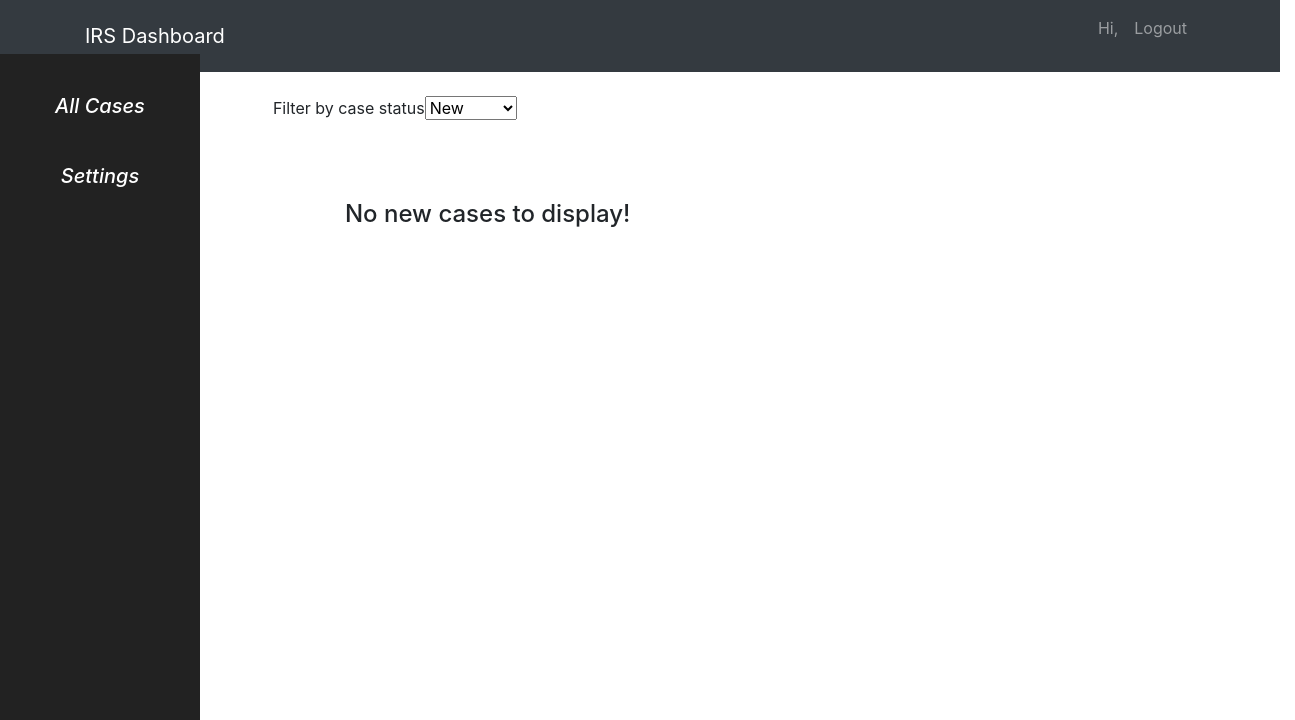
Repository: greeshmavyas/IRS_CS
Page: /AgentDashboard (app in AgentManagement/Frontend/)
An editor plug-in stored every save of this project. The page is shown before and after the next save, followed by the edit.
The browser window is 1280 px wide. The page is 1295 px wide, so the pictures cover 1295 px, including what lies to the right of the window. The pictures show the whole page.
The page's requests for data from a server got no answer. Some web libraries are served in a nearby version. The project was rebuilt for these pictures with package versions that can differ from the ones it lists, and the page was loaded fresh each time. No one was signed in, and anything a server would have sent is missing. Also part of the build but not shown: AgentManagement/Frontend/src/components/NavbarLogin.js, AgentManagement/Frontend/src/components/login.js, AgentManagement/Frontend/src/components/Settings.js, AgentManagement/frontend/src/App.css.

Above is the page before, as saved 2020-10-27 01:54:58.

### AgentManagement/frontend/public/index.html
<!DOCTYPE html>
<html lang="en">
  <head>
    <meta charset="utf-8" />
    <link rel="icon" href="%PUBLIC_URL%/favicon.ico" />
    <meta name="viewport" content="width=device-width, initial-scale=1" />
    <meta name="theme-color" content="#000000" />
    <meta
      name="description"
      content="Web site created using create-react-app"
    />
    <link rel="apple-touch-icon" href="%PUBLIC_URL%/logo192.png" />
    <!--
      manifest.json provides metadata used when your web app is installed on a
      user's mobile device or desktop. See https://developers.google.com/web/fundamentals/web-app-manifest/
    -->
    <link rel="manifest" href="%PUBLIC_URL%/manifest.json" />
    <link rel="stylesheet" href="https://stackpath.bootstrapcdn.com/bootstrap/4.4.1/css/bootstrap.min.css"
      integrity="sha384-Vkoo8x4CGsO3+Hhxv8T/Q5PaXtkKtu6ug5TOeNV6gBiFeWPGFN9MuhOf23Q9Ifjh" crossorigin="anonymous">
    <script src="https://kit.fontawesome.com/db1fc867ad.js" crossorigin="anonymous"></script>
    <!--
      Notice the use of %PUBLIC_URL% in the tags above.
      It will be replaced with the URL of the `public` folder during the build.
      Only files inside the `public` folder can be referenced from the HTML.

      Unlike "/favicon.ico" or "favicon.ico", "%PUBLIC_URL%/favicon.ico" will
      work correctly both with client-side routing and a non-root public URL.
      Learn how to configure a non-root public URL by running `npm run build`.
    -->
    <title>React App</title>
  </head>
  <body>
    <noscript>You need to enable JavaScript to run this app.</noscript>
    <div id="root"></div>
    <script src="https://code.jquery.com/jquery-3.4.1.slim.min.js"
      integrity="sha384-J6qa4849blE2+poT4WnyKhv5vZF5SrPo0iEjwBvKU7imGFAV0wwj1yYfoRSJoZ+n" crossorigin="anonymous"></script>
    <script src="https://cdn.jsdelivr.net/npm/popper.js@1.16.0/dist/umd/popper.min.js"
      integrity="sha384-Q6E9RHvbIyZFJoft+2mJbHaEWldlvI9IOYy5n3zV9zzTtmI3UksdQRVvoxMfooAo" crossorigin="anonymous"></script>
    <script src="https://stackpath.bootstrapcdn.com/bootstrap/4.4.1/js/bootstrap.min.js"
      integrity="sha384-wfSDF2E50Y2D1uUdj0O3uMBJnjuUD4Ih7YwaYd1iqfktj0Uod8GCExl3Og8ifwB6" crossorigin="anonymous"></script>
    <!--
      This HTML file is a template.
      If you open it directly in the browser, you will see an empty page.

      You can add webfonts, meta tags, or analytics to this file.
      The build step will place the bundled scripts into the <body> tag.

      To begin the development, run `npm start` or `yarn start`.
      To create a production bundle, use `npm run build` or `yarn build`.
    -->
  </body>
</html>

### AgentManagement/Frontend/src/App.js
import React from 'react';
import { BrowserRouter } from 'react-router-dom';
import Main from "./Main"
import './App.css';

function App() {
  return (
    <div>
      <BrowserRouter>
        <Main />
      </BrowserRouter>
    </div>
  );
}

export default App;

### AgentManagement/Frontend/src/Main.js
import React, { Component } from 'react';
import { Route } from 'react-router-dom';
import login from './components/login';
import Dashboard from './components/Dashboard';
import Settings from './components/Settings';

 class Main extends Component {
    render() {
        return (
          <div>
            <Route exact path="/" component={login} />
            <Route exact path="/AgentDashboard" component={Dashboard} />
            <Route exact path="/settings" component={Settings} />
          </div>
        );
    }
}

export default Main;

### AgentManagement/Frontend/src/components/Dashboard.js
import React, { Component } from 'react';
import axios from "axios";
import NavbarDash from "./NavbarDash";
import { Modal, ModalHeader, ModalBody, ModalFooter } from "reactstrap";
import Sidebar from './Sidebar'
import config from '../config/settings'
import Card from 'react-bootstrap/Card'
import Dropdown from 'react-bootstrap/Dropdown'


class Dashboard extends Component {
  constructor() {
    super();
    this.state = {
      allCases: {},
      viewcase: null,
      modal: false,
      mstatus: "open",
      flag: false
    };

  }

  showModal = () => {
    console.log("hello");
    this.setState({
      modal: !this.state.modal,
    });
  };
  showModal1 = (viewcase) => {
    console.log("hello1");
    this.setState({
      modal: !this.state.modal,
      viewcase: viewcase,
    });
  };

  handleStatusChange = (modalstatus) => {
    this.setState({
      mstatus: modalstatus
    })
  }

  async componentDidMount() {
    console.log("in get all cases frontend")

    let agentID = localStorage.getItem("agentID");
    let organisationID = localStorage.getItem("organisationID")

    axios.defaults.withCredentials = true;
    let data = {
      agentID: agentID,
      organisationID: organisationID
    };
    console.log("data is..")
    console.log(data);

    axios({
      method: 'get',
      url: 'http://' + config.hostname + ':' + config.backendPort + '/getCases',
      params: data,
    })
      .then((response) => {
        console.log("response from getCases")
        console.log(response)

        if (response.status === 200) {
          let receivedCases = response.data.cases;
          console.log("received cases")
          console.log(response.data.cases)
          if (receivedCases) {
            this.setState({ allCases: receivedCases, flag: true });
          } else {
            this.setState({ allCases: {} });
          }
        }
        else {
          this.setState({ allCases: {} });
        }

      })
      .catch(error => {
        console.log(error);
        this.setState({ allCases: {} })
      })
  }

  render() {
    const closeBtn = (
      <button className="close" onClick={() => this.showModal()}>
        &times;
       </button>
    );
    var casedetails;
    if (this.state.flag) {
      casedetails = this.state.allCases.map((ticket) => {
        return (
          <div>
            <div onClick={() => this.showModal1(ticket)} >
              <Card>
                <Card.Body>
                  <table>
                    <tbody >
                      <tr >
                        <td style={{ width: '10rem' }}> ID: {ticket.CaseID}</td>
                        <td style={{ width: '15rem' }}>Status: {ticket.Status}</td>
                        <td style={{ width: '50rem' }}>{ticket.Information} </td>
                      </tr>
                    </tbody>
                  </table>
                </Card.Body>
              </Card>
            </div>
          </div>
        );
      });
    }
    return (
      <div>
        <NavbarDash />
        <div className="row">
          <div className="col-2">
            <Sidebar />
          </div>
          <div className="container col-9">
          {this.state.allCases.length > 0 ? (
              <div className="col-10">
                {casedetails}
                {this.state.viewcase != null ? (
                  <Modal
                    isOpen={this.state.modal}
                    toggle={() => this.showModal()}
                    className="modal-popup-lg"
                    scrollable
                  >
                    <ModalHeader
                      toggle={() => this.showModal()}
                      close={closeBtn}
                    >
                      Case Details
                   </ModalHeader>
                    <ModalBody className="modal-body">
                      <div className=" row form-group">
                        <p className="font-weight col-7">
                          Information : {this.state.viewcase.Information}
                        </p>
                        <div className="col-3">
                          <button class="btn btn-success dropdown-toggle" type="button" id="dropdownMenuButton" data-toggle="dropdown" aria-haspopup="true" aria-expanded="false">
                            {this.state.mstatus}</button>
                          <div class="dropdown-menu" aria-labelledby="dropdownMenuButton">
                            <button onClick={() => this.handleStatusChange("Working")} class="dropdown-item" >Working</button>
                            <button onClick={() => this.handleStatusChange("Resolved")} class="dropdown-item" >Resolved</button>
                            <button onClick={() => this.handleStatusChange("Postponed")} class="dropdown-item" >Postponed</button>
                          </div>
                        </div>
                      </div>
                      <div className="form-group">
                        <p className="font-weight-bold">
                          Resolution Comments : {this.state.viewcase.ResolutionComments}
                        </p>

                      </div>

                    </ModalBody>
                    <ModalFooter>
                    </ModalFooter>
                  </Modal>
                ) : null}
              </div>
            ) : (
                <div>
                  <form action="/action_page.php">
            <label for="filters">Filter by case status</label>
              <select name="status" id="status">
                <option value="New">New</option>
                <option value="Open">Open</option>
                <option value="Resolved">Resolved</option>
                <option value="Pending">Pending</option>
              </select>
            <br></br>
          </form>
                  <h4 style={{ margin: "3em" }}>No new cases to display!</h4>
                </div>
              )}
          </div>

        </div>
      </div>
    );
  }
}

export default Dashboard;

### AgentManagement/Frontend/src/config/settings.js
module.exports = {
    "hostname": "localhost",
    "backendPort": 3001,
    'frontendHostName': 'localhost',
    'frontendPort': 3000,
};

### AgentManagement/Frontend/src/components/NavbarDash.js
import React, { Component } from 'react';

class NavbarDash extends Component {

  handleLogout = () => {
    window.localStorage.clear();
  };

  render() {
    return (
      <nav className="navbar navbar-expand-sm navbar-dark bg-dark mb-4">
        <div className="container">
          <a className="navbar-brand" href="/AgentDashboard">
            IRS Dashboard
          </a>
          <button
            className="navbar-toggler"
            type="button"
            data-toggle="collapse"
            data-target="#mobile-nav"
          >
            <span className="navbar-toggler-icon"></span>
          </button>

          <div className="collapse navbar-collapse" id="mobile-nav">

            <ul className="navbar-nav ml-auto">
              <li className="nav-item">
                <p className="nav-link" >
                  Hi, {localStorage.getItem("firstname")}
                </p>
              </li>
              <li className="nav-item">
                <a className="nav-link" href="/" onClick={this.handleLogout}>
                  Logout
                </a>
              </li>
            </ul>
          </div>
        </div>
      </nav>
    );
  }
}

export default NavbarDash;

### AgentManagement/Frontend/src/components/Sidebar.js
import React from 'react';
import styled from 'styled-components';
import { BrowserRouter as Router, Route, Link, withRouter } from "react-router-dom";

const StyledSideNav = styled.div`
    position: fixed;     /* Fixed Sidebar (stay in place on scroll and position relative to viewport) */
    height: 100%;
    width: 200px;     /* Set the width of the sidebar */
    z-index: 1;      /* Stay on top of everything */
    top: 3.4em;      /* Stay at the top */
    background-color: #222; /* Black */
    overflow-x: hidden;     /* Disable horizontal scroll */
    padding-top: 40px;
    font-style: oblique;
`;

class SideNav extends React.Component {
    constructor(props) {
        super(props);
        this.state = {
            activePath: props.location.pathname,
            items: [
                {
                  path: '/dashboard', /* path is used as id to check which NavItem is active basically */
                  name: 'All Cases',
                  key: 1 /* Key is required, else console throws error. Does this please you Mr. Browser?! */
                },
                {
                    path: '/Settings',
                    name: 'Settings',
                    key: 2
                  },
              ]
        }
    }

    onItemClick = (path) => {
        this.setState({ activePath: path });
    }

    render() {
        const { items, activePath } = this.state;
        return(
            <StyledSideNav>
                {
                    items.map((item) => {
                        return (
                            <NavItem
                                path={item.path}
                                name={item.name}
                                onItemClick={this.onItemClick}
                                active={item.path === activePath}
                                key={item.key}
                            />
                        );
                    })
                }
            </StyledSideNav>
        );
    }
}

const RouterSideNav = withRouter(SideNav);

const StyledNavItem = styled.div`
    height: 70px;
    width: 200px; /* width must be same size as NavBar to center */
    text-align: center; /* Aligns <a> inside of NavIcon div */
    margin-bottom: 0;   /* Puts space between NavItems */
    a {
        font-size: 2.7em;
        color: ${(props) => props.active ? "white" : "#FFFFFF"};
        :hover {
            opacity: 0.7;
            text-decoration: none; /* Gets rid of underlining of icons */
        }
    }
`;

class NavItem extends React.Component {
    handleClick = () => {
        const { path, onItemClick } = this.props;
        onItemClick(path);
    }

    render() {
        const { active } = this.props;
        return(

            <StyledNavItem active={active}>

                <Link to={this.props.path}   className={this.props.name} onClick={this.handleClick}>

                    <NavIcon> <h5 color = "#FFFFFF" >{this.props.name}</h5></NavIcon>
                </Link>
            </StyledNavItem>
        );
    }
}

const NavIcon = styled.div`
`;

export default class Sidebar extends React.Component {
    render() {
        return (
            <RouterSideNav></RouterSideNav>
        );
    }
}

Loaded but not shown: AgentManagement/Frontend/src/index.js (common file); AgentManagement/frontend/src/index.css (common file); AgentManagement/frontend/src/serviceWorker.js (common file)

After the next save:
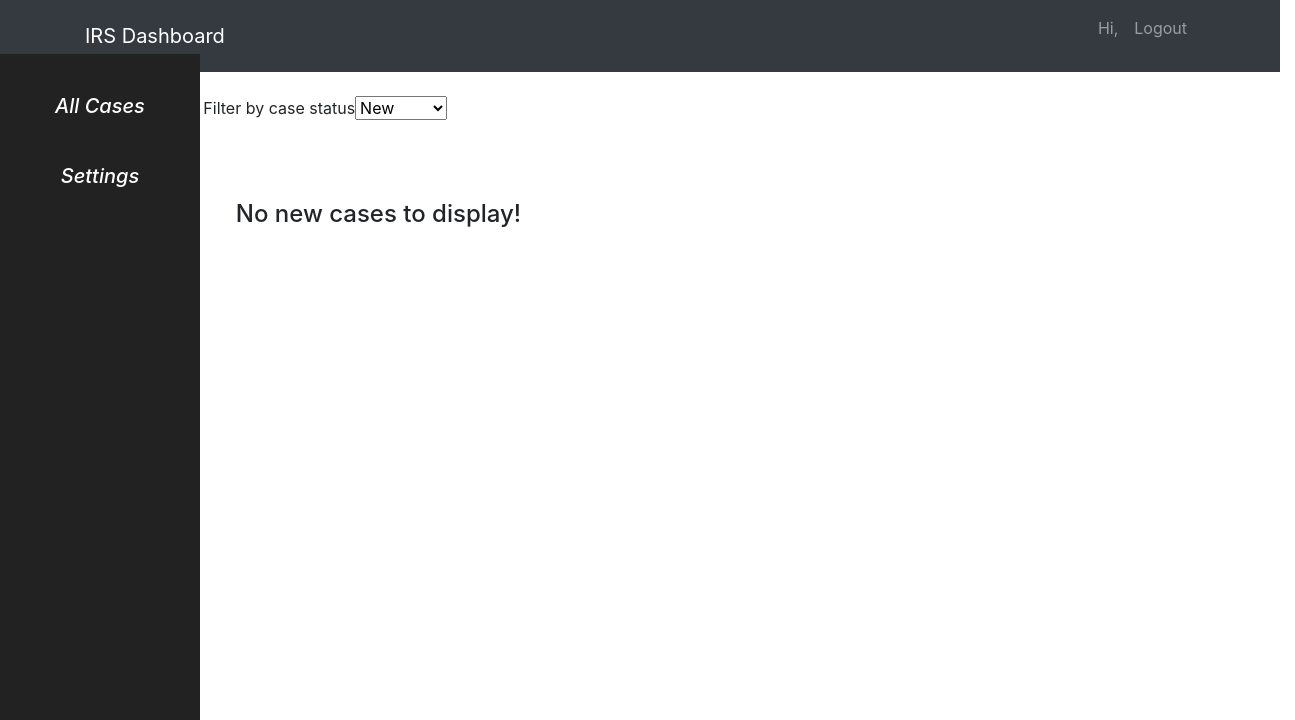
Saved 28 s later.
--- a/AgentManagement/Frontend/src/components/Dashboard.js
+++ b/AgentManagement/Frontend/src/components/Dashboard.js
@@ -122,6 +122,18 @@
           <div className="col-2">
             <Sidebar />
           </div>
+          <div>
+          <form action="/action_page.php">
+            <label for="filters">Filter by case status</label>
+              <select name="status" id="status">
+                <option value="New">New</option>
+                <option value="Open">Open</option>
+                <option value="Resolved">Resolved</option>
+                <option value="Pending">Pending</option>
+              </select>
+            <br></br>
+          </form>
+          </div>
           <div className="container col-9">
           {this.state.allCases.length > 0 ? (
               <div className="col-10">
@@ -169,16 +181,6 @@
               </div>
             ) : (
                 <div>
-                  <form action="/action_page.php">
-            <label for="filters">Filter by case status</label>
-              <select name="status" id="status">
-                <option value="New">New</option>
-                <option value="Open">Open</option>
-                <option value="Resolved">Resolved</option>
-                <option value="Pending">Pending</option>
-              </select>
-            <br></br>
-          </form>
                   <h4 style={{ margin: "3em" }}>No new cases to display!</h4>
                 </div>
               )}

After the save that followed:
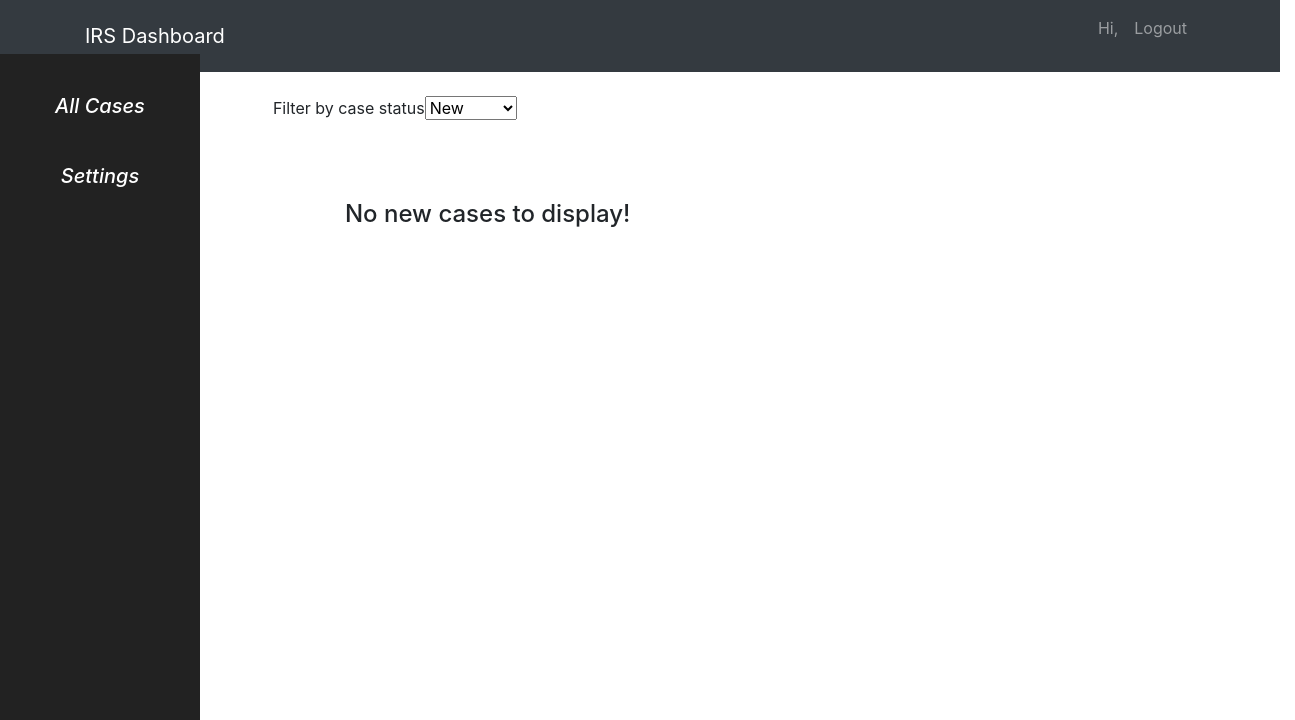
Saved 21 s later.
--- a/AgentManagement/Frontend/src/components/Dashboard.js
+++ b/AgentManagement/Frontend/src/components/Dashboard.js
@@ -122,7 +122,7 @@
           <div className="col-2">
             <Sidebar />
           </div>
-          <div>
+          <div className="container col-9">
           <form action="/action_page.php">
             <label for="filters">Filter by case status</label>
               <select name="status" id="status">
@@ -133,8 +133,6 @@
               </select>
             <br></br>
           </form>
-          </div>
-          <div className="container col-9">
           {this.state.allCases.length > 0 ? (
               <div className="col-10">
                 {casedetails}
